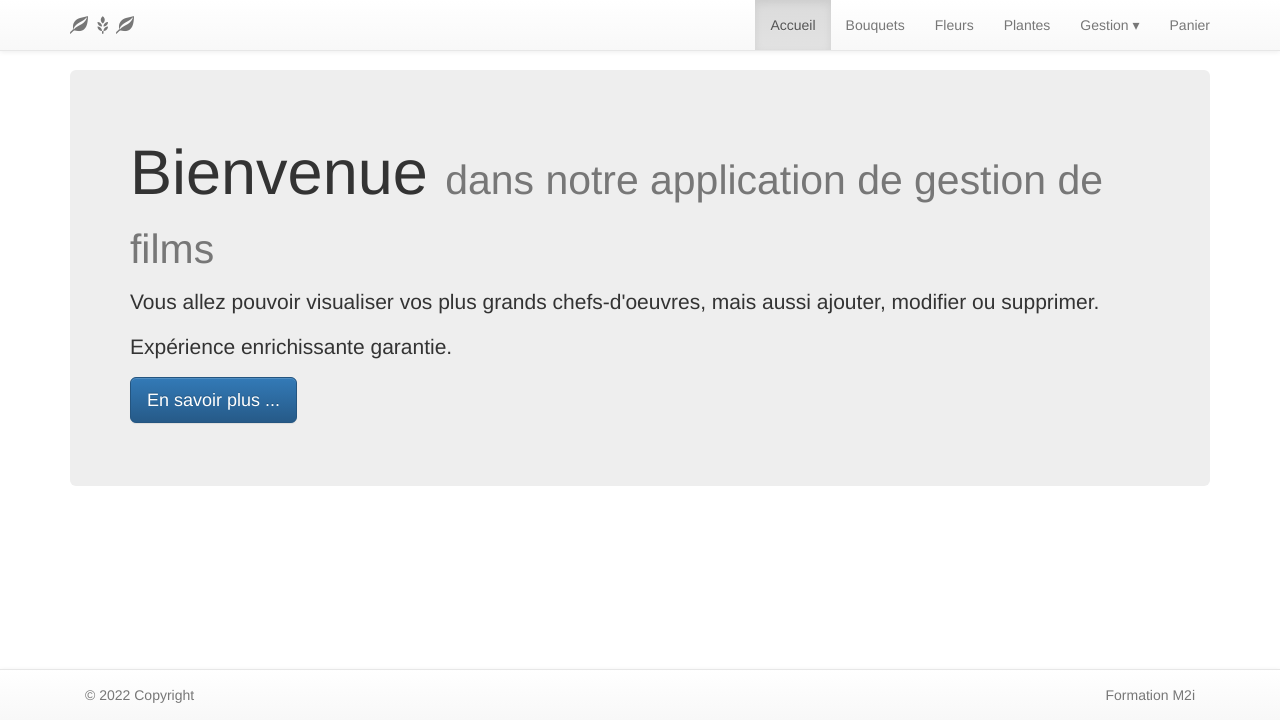
Repository: JeremT8/JavaFleuristeProject
Page: tp-fleuriste/src/main/webapp/index.html
The author's editor kept a copy of each file at every save. The page is drawn from the files as they stood at one save, then again after the next save.
The browser window is 1280 px wide. The pictures show the whole page.
Some web libraries are served in a nearby version.

Above is the page before, as saved 2022-05-16 12:56:27.

### tp-fleuriste/src/main/webapp/index.html
<!DOCTYPE html>
<html>
<head>
<meta charset="UTF-8">
<title>Flow Hearts</title>
<link rel="stylesheet"
	href="https://maxcdn.bootstrapcdn.com/bootstrap/3.3.7/css/bootstrap.min.css">
<link rel="stylesheet"
	href="https://maxcdn.bootstrapcdn.com/bootstrap/3.3.7/css/bootstrap-theme.min.css">
<script
	src="https://ajax.googleapis.com/ajax/libs/jquery/3.1.1/jquery.min.js"></script>
<script
	src="https://maxcdn.bootstrapcdn.com/bootstrap/3.3.7/js/bootstrap.min.js"></script>
<link rel="apple-touch-icon" sizes="76x76" href="/apple-touch-icon.png">
<link rel="icon" type="image/png" sizes="32x32"
	href="/favicon-32x32.png">
<link rel="icon" type="image/png" sizes="16x16"
	href="/favicon-16x16.png">
<link rel="manifest" href="/site.webmanifest">
<link rel="mask-icon" href="/safari-pinned-tab.svg" color="#5bbad5">
<meta name="msapplication-TileColor" content="#da532c">
<meta name="theme-color" content="#ffffff">
<link rel="stylesheet" href="css/commun.css">
</head>
<body>
	<nav class="navbar navbar-default navbar-fixed-top">
		<div class="container">
			<div class="navbar-header">
				<a href="index.html" class="navbar-brand active"> <span
					class="glyphicon glyphicon-leaf rotate-leaf"></span> <span
					class="glyphicon glyphicon-grain"></span> <span
					class="glyphicon glyphicon-leaf"></span>
				</a>
				<button class="navbar-toggle" type="button" data-toggle="collapse"
					data-target="#navbar-main">
					<span class="icon-bar"></span> <span class="icon-bar"></span> <span
						class="icon-bar"></span>
				</button>
			</div>
			<div class="navbar-collapse collapse" id="navbar-main">
				<ul class="nav navbar-nav navbar-right">
					<li class="active"><a href="#">Accueil</a></li>
					<li><a href="films.html">Bouquets</a></li>
					<li><a href="ajout.html">Fleurs</a></li>
					<li><a href="styles.html">Plantes</a></li>
					<li class="nav-item dropdown"><a
						class="nav-link dropdown-toggle" href="#" id="navbarDropdown"
						role="button" data-toggle="dropdown" aria-haspopup="true"
						aria-expanded="false"> Gestion ▾ </a>
						<div class="dropdown-menu" aria-labelledby="navbarDropdown">
							<a class="dropdown-item" href="#">Plantes</a>
							<div class="dropdown-divider"></div>
							<a class="dropdown-item" href="#">Fleurs</a>
							<div class="dropdown-divider"></div>
							<a class="dropdown-item" href="#">Bouquets</a>
							<div class="dropdown-divider"></div>
							<a class="dropdown-item" href="#">Saisons</a>
							<div class="dropdown-divider"></div>
							<a class="dropdown-item" href="#">Styles</a>
						</div></li>
					<li><a href="styles.html">Panier</a></li>
				</ul>
			</div>
		</div>
	</nav>

	<div class="container">
		<div class="jumbotron">
			<h1>
				Bienvenue <small>dans notre application de gestion de films</small>
			</h1>
			<p>Vous allez pouvoir visualiser vos plus grands chefs-d'oeuvres,
				mais aussi ajouter, modifier ou supprimer.</p>
			<p>Expérience enrichissante garantie.</p>
			<p>
				<a class="btn btn-primary btn-lg" role="button" href="films.html">En
					savoir plus ...</a>
			</p>
		</div>
	</div>

	<nav class="navbar navbar-default navbar-fixed-bottom">
		<div class="container">
			<ul class="nav navbar-nav  navbar-foot">
				<li class="pull-left"><a>© 2022 Copyright</a></li>
				<li class="pull-right"><a>Formation M2i</a></li>
			</ul>
		</div>
	</nav>

</body>
</html>

### tp-fleuriste/src/main/webapp/css/commun.css
body {
	padding-top: 70px;
	padding-bottom: 70px;

}

.navbar-foot {
	width: 100%;
}

.rouge {
	color: red;
}

.vert {
	color: green;
}

.bleu, .glyphicon-shopping-cart {
	color: #337ab7;
}
.gros{
	font-size: 1.0em;
	padding-left: 15px;
	padding-right: 15px;
}
.glyphicon-menu-up, .glyphicon-menu-down{
	font-size: 0.7em;
}
.supp, .modif, .tri{
/* 	cursor:crosshair;	 */
	cursor:pointer;
}

textarea.noresize{
	resize: none;
}

#map{
	width : 100%;
	height : 400px;
	border : 1px solid #337ab7;
}

.icon-flipped {
transform: scaleX(-1);
-moz-transform: scaleX(-1);
-webkit-transform: scaleX(-1);
-ms-transform: scaleX(-1);
}


.bottle{
	display: inline-block !important;
}

a.dropdown-item {
	color: black;
	text-decoration: none;
}

After the next save:
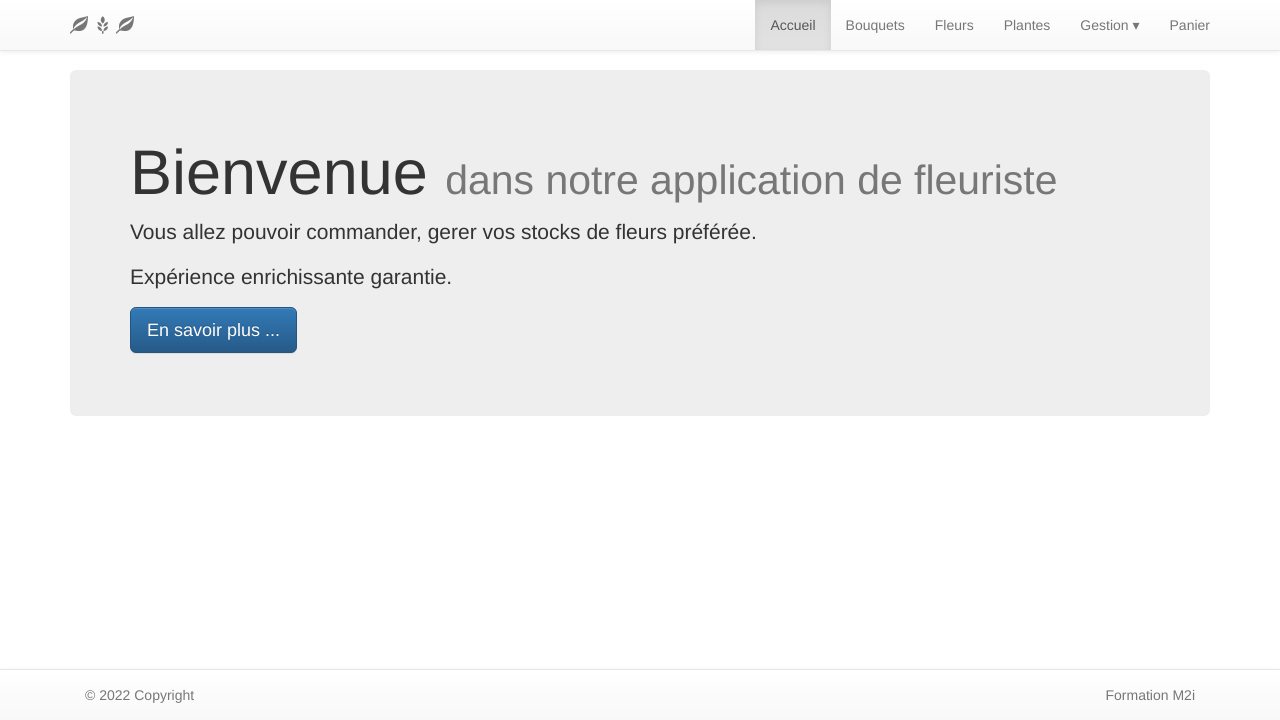
Saved 44 s later.
--- a/tp-fleuriste/src/main/webapp/index.html
+++ b/tp-fleuriste/src/main/webapp/index.html
@@ -67,10 +67,9 @@
 	<div class="container">
 		<div class="jumbotron">
 			<h1>
-				Bienvenue <small>dans notre application de gestion de films</small>
+				Bienvenue <small>dans notre application de fleuriste</small>
 			</h1>
-			<p>Vous allez pouvoir visualiser vos plus grands chefs-d'oeuvres,
-				mais aussi ajouter, modifier ou supprimer.</p>
+			<p>Vous allez pouvoir commander, gerer vos stocks de fleurs préférée.</p>
 			<p>Expérience enrichissante garantie.</p>
 			<p>
 				<a class="btn btn-primary btn-lg" role="button" href="films.html">En
